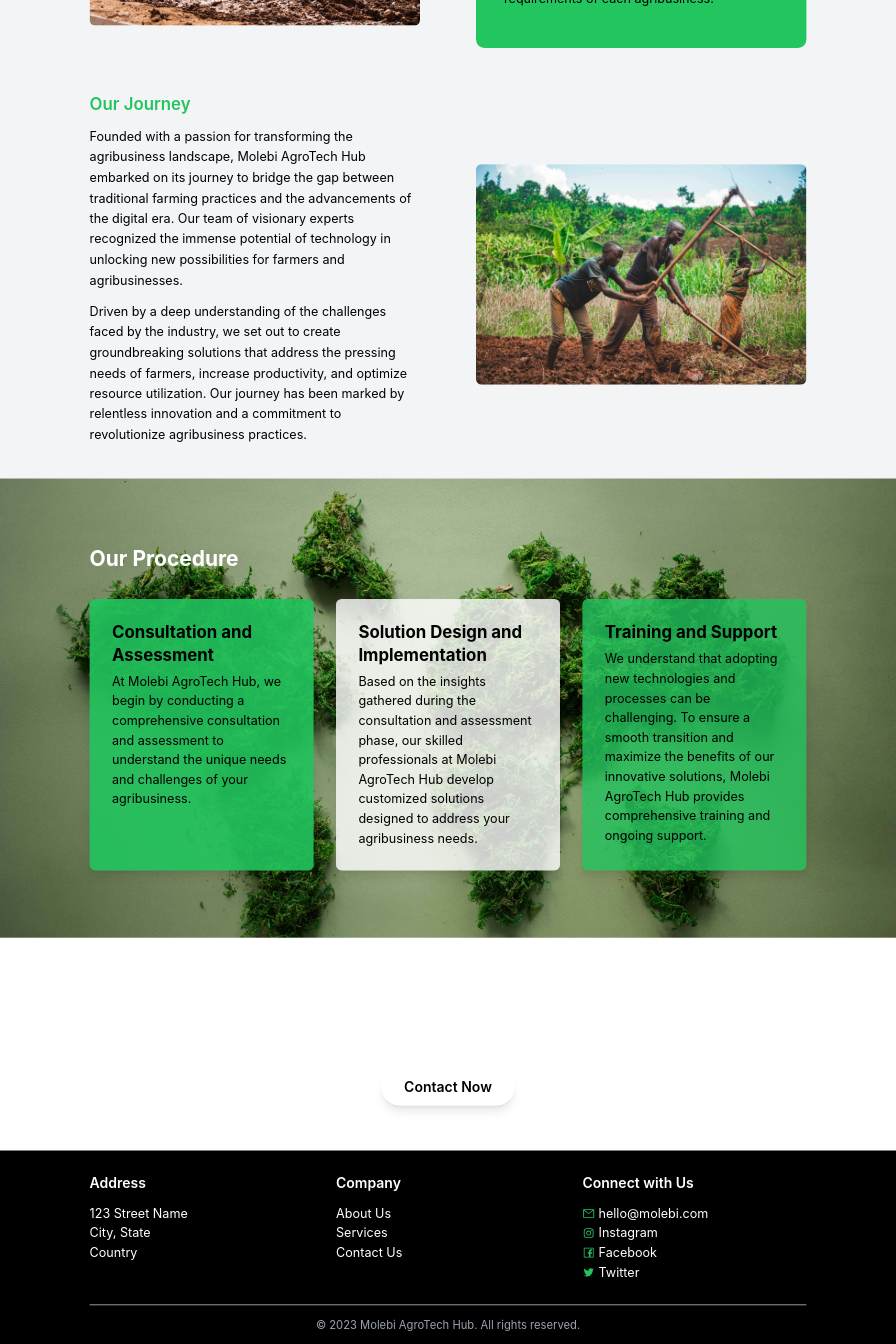
Repository: akinolapo/agric-tech
Page: /about
An editor plug-in stored every save of this project. The page is shown before and after the next save, followed by the edit.
The browser window is 1280 px wide. The pictures show the part of the page from y = 932 to 2852 px (the page is 2852 px tall), at 70% of full size.
The project was rebuilt for these pictures with package versions that can differ from the ones it lists, and the page was loaded fresh each time. Also part of the build but not shown: src/components/Hero.jsx, src/components/ImageText.jsx, src/components/TwoColumnMasonry.jsx, src/components/TwoColumnComponent.jsx, src/App.jsx.

Above is the page before, as saved 2023-05-28 20:41:38.

### public/index.html
<!DOCTYPE html>
<html lang="en">
  <head>
    <meta charset="utf-8" />
    <link rel="icon" href="%PUBLIC_URL%/favicon.ico" />
    <meta name="viewport" content="width=device-width, initial-scale=1" />
    <meta name="theme-color" content="#000000" />
    <meta
      name="description"
      content="Empowering Agribusinesses with Innovative Solutions and Technology"
    />
    <link rel="apple-touch-icon" href="%PUBLIC_URL%/logo192.png" />
    <!--
      manifest.json provides metadata used when your web app is installed on a
      user's mobile device or desktop. See https://developers.google.com/web/fundamentals/web-app-manifest/
    -->
    <link rel="manifest" href="%PUBLIC_URL%/manifest.json" />
    <!--
      Notice the use of %PUBLIC_URL% in the tags above.
      It will be replaced with the URL of the `public` folder during the build.
      Only files inside the `public` folder can be referenced from the HTML.

      Unlike "/favicon.ico" or "favicon.ico", "%PUBLIC_URL%/favicon.ico" will
      work correctly both with client-side routing and a non-root public URL.
      Learn how to configure a non-root public URL by running `npm run build`.
    -->
    <title>Molebi AgroTech Hub</title>
  </head>
  <body>
    <noscript>You need to enable JavaScript to run this app.</noscript>
    <div id="root"></div>
    <!--
      This HTML file is a template.
      If you open it directly in the browser, you will see an empty page.

      You can add webfonts, meta tags, or analytics to this file.
      The build step will place the bundled scripts into the <body> tag.

      To begin the development, run `npm start` or `yarn start`.
      To create a production bundle, use `npm run build` or `yarn build`.
    -->
  </body>
</html>

### src/index.js
import React from 'react';
import ReactDOM from 'react-dom/client';
import { BrowserRouter, Routes, Route } from "react-router-dom";
import './index.css';
import App from './App';
import AboutPage from './components/about-page/AboutPage';

const root = ReactDOM.createRoot(document.getElementById('root'));
root.render(
  <React.StrictMode>
    <BrowserRouter>
            <Routes>
                <Route path="/" element={<App />} />
                <Route path="/about" element={<AboutPage />} />
            </Routes>
            {/* <App /> */}
        </BrowserRouter>
  </React.StrictMode>
);

### src/index.css
@tailwind base;
@tailwind components;
@tailwind utilities;

body {
  margin: 0;
  font-family: -apple-system, BlinkMacSystemFont, 'Segoe UI', 'Roboto', 'Oxygen',
    'Ubuntu', 'Cantarell', 'Fira Sans', 'Droid Sans', 'Helvetica Neue',
    sans-serif;
  -webkit-font-smoothing: antialiased;
  -moz-osx-font-smoothing: grayscale;
}

code {
  font-family: source-code-pro, Menlo, Monaco, Consolas, 'Courier New',
    monospace;
}

.card-icon{
  height: 40px;
  width: 40px;
  color: #22C55E;
}

.underline-title{
  height: 3px;;
  background-color: #22C55E;
}

.green-icon{
  color: #22C55E;
  width: 18px;
  height: 18px;
  margin-right: 5px;
}

.phone-call:hover{
  color: white;
}

### src/components/about-page/AboutPage.jsx
import React from 'react';
import Header from '../Header';
import Footer from '../Footer';
import ImageBackground from './ImageBackground';
import Value from '../Value';
import ImageBackground2 from './ImageBackground2';
import CTA from '../CTA';

const AboutPage = () => {
  return (
    <>
    <Header/>
    <ImageBackground/>
    <div className="bg-gray-100 ">
      <div className="container mx-auto py-8 px-5 sm:px-32">
        <div className="grid items-center grid-cols-1 gap-20 md:grid-cols-2">
          <div className="relative overflow-hidden">
            <img
              src={process.env.PUBLIC_URL+`media/about.jpg`}
              alt="About Us"
              className="rounded-lg mb-4 md:mb-0 md:mr-4"
            />
          </div>
          <div className="flex flex-col justify-center bg-green-500 p-10 rounded-xl">
            <h3 className='text-2xl mb-4 font-semibold'>What We Do</h3>
            <p className="text-lg leading-relaxed mb-4">
            At Molebi AgroTech Hub, we understand the challenges faced by the agricultural sector and the need for efficient, modern solutions. Our team of experts combines their deep industry knowledge with advanced technological expertise to develop customized solutions tailored to the unique requirements of each agribusiness.
            </p>
          </div>
        </div>
      </div>

      <div className="container mx-auto py-8 px-5 sm:px-32">
        <div className="grid items-center grid-cols-1 gap-20 md:grid-cols-2">
        <div className="flex flex-col justify-center">
            <h3 className='text-2xl mb-4 text-green-500 font-semibold'>Our Journey</h3>
            <p className="text-lg leading-relaxed mb-4">
            Founded with a passion for transforming the agribusiness landscape, Molebi AgroTech Hub embarked on its journey to bridge the gap between traditional farming practices and the advancements of the digital era. Our team of visionary experts recognized the immense potential of technology in unlocking new possibilities for farmers and agribusinesses.
            </p>
            <p className="text-lg leading-relaxed mb-4">
            Driven by a deep understanding of the challenges faced by the industry, we set out to create groundbreaking solutions that address the pressing needs of farmers, increase productivity, and optimize resource utilization. Our journey has been marked by relentless innovation and a commitment to revolutionize agribusiness practices.
            </p>
          </div>
          <div className="relative overflow-hidden">
            <img
              src={process.env.PUBLIC_URL+`media/about-1.jpg`}
              alt="About Us"
              className="rounded-lg mb-4 md:mb-0 md:mr-4"
            />
          </div>
        </div>
      </div>

    </div>
    <ImageBackground2/>
    <CTA/>
    <Footer/>
    </>
  );
};

export default AboutPage;

### src/components/Header.jsx
import React, { useEffect, useState } from 'react';
import {Link} from 'react-router-dom'
import {FiPhoneCall} from 'react-icons/fi'


const Header = () => {
  const [isMenuOpen, setIsMenuOpen] = useState(false);

  const toggleMenu = () => {
    setIsMenuOpen(!isMenuOpen);
  };

  const closeMenu = () => {
    setIsMenuOpen(false);
  };

  const [isFixed, setIsFixed] = useState(false);

  useEffect(() => {
    const handleScroll = () => {
      if (window.scrollY > 0) {
        setIsFixed(true);
      } else {
        setIsFixed(false);
      }
    };

    window.addEventListener('scroll', handleScroll);
    return () => window.removeEventListener('scroll', handleScroll);
  }, []);

  return (
    <header className={`bg-white border-b-2 ${isFixed ? 'fixed top-0 z-10 w-full' : ''}`}>
      <div className="container mx-auto flex justify-between items-center py-4 px-5 sm:px-32">
        <div className="flex items-center">
          <img
            src={process.env.PUBLIC_URL+`media/logo.png`}
            alt="Logo"
            className="h-10 w-auto"
          />
        </div>
        <div className="hidden md:flex space-x-8">
          <Link to='/' className="text-gray-800 hover:text-gray-600 text-lg font-semibold">Home</Link>
          <Link to='/about' className="text-gray-800 hover:text-gray-600 text-lg font-semibold">About</Link>
          {/* <Link to='' className="text-gray-800 hover:text-gray-600 text-lg font-semibold">Services</Link> */}
          {/* <Link to='' className="text-gray-800 hover:text-gray-600 text-lg font-semibold">Contact</Link> */}
        </div>
        <div className="md:hidden">
          <button
            type="button"
            className="flex items-center p-2 rounded-md text-gray-800 hover:text-gray-600 focus:outline-none"
            onClick={toggleMenu}
          >
            <svg
              xmlns="http://www.w3.org/2000/svg"
              className="h-6 w-6"
              fill="none"
              viewBox="0 0 24 24"
              stroke="currentColor"
            >
              <path
                strokeLinecap="round"
                strokeLinejoin="round"
                strokeWidth="2"
                d="M4 6h16M4 12h16M4 18h16"
              />
            </svg>
          </button>

        </div>
        <div className="hidden md:block">
          <button
            type="button"
            className="bg-white border-green-500 border-2 text-green-500 rounded-lg py-2 px-4 flex items-center transition ease-in-out delay-150 hover:bg-green-500 duration-300 hover:text-white"
          >
            <FiPhoneCall className='mr-2 w-4'/> Call Us
          </button>
        </div>
      </div>
      <div>
          {isMenuOpen && (
            <div className="mt-2 w-full">
              <ul className="bg-white border rounded-md divide-y divide-gray-200 shadow-md">
                <li className="py-2 px-4">
                  <a href="#" className="text-gray-800 hover:text-gray-600 text-lg font-semibold">Home</a>
                </li>
                <li className="py-2 px-4">
                  <a href="#" className="text-gray-800 hover:text-gray-600 text-lg font-semibold">About</a>
                </li>
                <li className="py-2 px-4">
                  <a href="#" className="text-gray-800 hover:text-gray-600 text-lg font-semibold">Services</a>
                </li>
                <li className="py-2 px-4">
                  <a href="#" className="text-gray-800 hover:text-gray-600 text-lg font-semibold">Contact</a>
                </li>
                <li className="py-2 px-4">
                  <button
                    type="button"
                    className="bg-green-500 text-white rounded-lg py-2 px-4 w-full"
                  >
                    Food
                  </button>
                </li>
              </ul>
              <div className="absolute top-0 right-0 p-2">
              </div>
            </div>
          )}
          </div>
    </header>
  );
};

export default Header;

### src/components/Value.jsx
import React from 'react'
import {FaRegHandshake} from 'react-icons/fa'
import {AiOutlineDatabase} from 'react-icons/ai'
import {MdOutlineCurrencyExchange, MdOutlineAgriculture} from 'react-icons/md'
import {GiFoodTruck, GiGiftOfKnowledge} from 'react-icons/gi'

const data= [
    {
        id: 1,
        icon: <FaRegHandshake className='card-icon'/>,
        title: 'Collaborative Partnerships',
        description: 'We believe in the power of collaboration. We forge strong partnerships with agribusinesses, farmers, industry stakeholders, and technology providers to create a network that fosters knowledge sharing, innovation, and mutual growth.',
        // link: '/'
    },
    {
        id: 2,
        icon: <AiOutlineDatabase className='card-icon'/>,
        title: 'Storage and Warehousing',
        description: 'Molebi AgroTech Hub provides advanced storage and warehousing facilities to ensure the proper handling and preservation of agricultural commodities. We offer storage solutions with inventory management systems, and quality control measures, reducing post-harvest losses.',
        // link: '/'
    },
    {
        id: 3,
        icon: <MdOutlineCurrencyExchange className='card-icon'/>,
        title: 'Commodity Trading',
        description: 'Molebi AgroTech Hub provides a comprehensive value chain solution that includes commodity trading and marketing services. We help agribusinesses connect with buyers and sellers, ensuring efficient and profitable transactions.',
        // link: '/'
    },
    {
        id: 4,
        icon: <MdOutlineAgriculture className='card-icon'/>,
        title: 'Cutting-edge Technology',
        description: 'We provide innovative and advanced technological solutions that empower agribusinesses to stay ahead in the industry. Our tools and systems are designed to optimize productivity and maximize growth.',
        // link: '/'
    },
    {
        id: 5,
        icon: <GiFoodTruck className='card-icon'/>,
        title: 'Transportation and Logistics',
        description: 'Molebi AgroTech Hub facilitates efficient transportation and logistics services, ensuring timely delivery of agricultural products to markets, reducing wastage, and enhancing profitability for agribusinesses.',
        // link: '/'
    },
    {
        id: 6,
        icon: <GiGiftOfKnowledge className='card-icon'/>,
        title: 'Knowledge Sharing and Training',
        description: 'Empowering farmers and agribusinesses with valuable knowledge, training, and resources to optimize their productivity and stay updated with industry trends.',
        // link: '/'
    }

]

const Value = () => {
  return (
    < div className='py-10 px-5 sm:px-32'>
    <div className='text-center'>
        <h2 className='text-2xl text-green-500 font-bold mb-4'>Our Value Chain</h2>
        <p className="text-lg">Our approach is inspired by our determination to improve the agricultural landscape in Africa.</p>
    </div>
    <div className='mt-10 block md:grid md:gap-20 md: grid-cols-2 lg:grid-cols-3'>
        {
            data.map(({id, icon, title, description})=>{
                return(
                    <div key={id} className='border-solid border-2 border-green-500 p-6 rounded-2xl mb-4 md:mb-0'>
            {icon}
            <h3 className='text-xl '>{title}</h3>
            <hr className='underline-title w-10 my-2'></hr>
            <p className="text-lg">{description}</p>
        </div>
                )
            })
        }

    </div>
    </div>
  )
}

export default Value

### src/components/Footer.jsx
import React from 'react';
import {AiOutlineInstagram, AiOutlineFacebook, AiOutlineTwitter, AiOutlineMail} from 'react-icons/ai'

const Footer = () => {
  return (
    <footer className="bg-black text-white px-5 sm:px-32">
      <div className="container mx-auto py-8">
        <div className="grid grid-cols-1 md:grid-cols-3 gap-8">
          <div>
            <h3 className="text-xl font-semibold mb-4">Address</h3>
            <p className='text-lg'>123 Street Name</p>
            <p className='text-lg'>City, State</p>
            <p className='text-lg'>Country</p>
          </div>
          <div>
            <h3 className="text-xl font-semibold mb-4">Company</h3>
            <p className='text-lg'>About Us</p>
            <p className='text-lg'>Services</p>
            <p className='text-lg'>Contact Us</p>
          </div>
          <div>
            <h3 className="text-xl font-semibold mb-4">Connect with Us</h3>
            <p className='flex items-center text-lg'><AiOutlineMail className='green-icon'/><span>hello@molebi.com</span></p>
            <p className='flex items-center text-lg'><AiOutlineInstagram className='green-icon'/><span>Instagram</span></p>
            <p className='flex items-center text-lg'><AiOutlineFacebook className='green-icon'/><span>Facebook</span></p>
            <p className='flex items-center text-lg'><AiOutlineTwitter className='green-icon'/><span>Twitter</span></p>
          </div>
        </div>
      </div>
      <div className="border-t border-gray-300 py-4 text-center">
        <p className="text-gray-400">© {new Date().getFullYear()} Molebi AgroTech Hub. All rights reserved.</p>
      </div>
    </footer>
  );
};

export default Footer;

### src/components/about-page/ImageBackground.jsx
import React from 'react';
import bgImage from './background.jpg';

const ImageBackground = () => {
  return (
    <div className="relative bg-cover bg-no-repeat bg-center" style={{ backgroundImage: `url(${bgImage})` }}>
      <div className="relative px-5 sm:px-32 py-8 md:py-16 lg:py-24">
        <div className="container mx-auto">
        <h1 className='text-black text-3xl font-bold mb-10'>About Us</h1>
          <div className="grid grid-cols-1 md:grid-cols-3 gap-8">
            <div className="bg-green-500 bg-opacity-90 p-6 md:p-8 rounded-lg shadow-lg">
              <h3 className="text-xl md:text-2xl font-bold mb-2">Who We Are</h3>
              <p className='text-lg'>Molebi AgroTech Hub is a leading provider of innovative solutions for agribusinesses.</p>
            </div>

            <div className="bg-white bg-opacity-80 p-6 md:p-8 rounded-lg shadow-lg">
              <h3 className="text-xl md:text-2xl font-bold mb-2">Our Vision</h3>
              <p className='text-lg'>To inspire the production and distribution of sustainable food for Africa.</p>
            </div>

            <div className="bg-white bg-opacity-80 p-6 md:p-8 rounded-lg shadow-lg">
              <h3 className="text-xl md:text-2xl font-bold mb-2">Our Mission</h3>
              <p className='text-lg'>Our mission is to empower farmers and agricultural companies with cutting-edge technology for enhanced productivity and growth.</p>
            </div>
          </div>
        </div>
      </div>
    </div>
  );
};

export default ImageBackground;

### src/components/about-page/ImageBackground2.jsx
import React from 'react';
import bgImage from './background-1.jpg';

const ImageBackground2 = () => {
  return (
    <div className="relative bg-cover bg-no-repeat bg-center" style={{ backgroundImage: `url(${bgImage})` }}>
      <div className="relative px-5 sm:px-32 py-8 md:py-16 lg:py-24">
        <div className="container mx-auto">
        <h1 className='text-white text-3xl font-bold mb-10'>Our Procedure</h1>
          <div className="grid grid-cols-1 md:grid-cols-3 gap-8">
            <div className="bg-green-500 bg-opacity-90 p-6 md:p-8 rounded-lg shadow-lg">
              <h3 className="text-xl md:text-2xl font-bold mb-2">Consultation and Assessment</h3>
              <p className='text-lg'>At Molebi AgroTech Hub, we begin by conducting a comprehensive consultation and assessment to understand the unique needs and challenges of your agribusiness. </p>
            </div>

            <div className="bg-white bg-opacity-80 p-6 md:p-8 rounded-lg shadow-lg">
              <h3 className="text-xl md:text-2xl font-bold mb-2">Solution Design and Implementation</h3>
              <p className='text-lg'>Based on the insights gathered during the consultation and assessment phase, our skilled professionals at Molebi AgroTech Hub develop customized solutions designed to address your agribusiness needs.</p>
            </div>

            <div className="bg-green-500 bg-opacity-80 p-6 md:p-8 rounded-lg shadow-lg">
              <h3 className="text-xl md:text-2xl font-bold mb-2">Training and Support</h3>
              <p className='text-lg'>We understand that adopting new technologies and processes can be challenging. To ensure a smooth transition and maximize the benefits of our innovative solutions, Molebi AgroTech Hub provides comprehensive training and ongoing support.</p>
            </div>
          </div>
        </div>
      </div>
    </div>
  );
};

export default ImageBackground2;

### src/components/CTA.jsx
import React from 'react';

const CTA = () => {
  return (
    <div className="text-white bg-g text-center py-8 px-4 sm:py-16 sm:px-8">
      <h1 className="text-4xl sm:text-5xl font-bold mb-4">Contact Us Today</h1>
      <p className="text-lg sm:text-xl mb-8">
        Our team is ready to assist you. Reach out to us for any inquiries or support you may need.
      </p>
      <button className="bg-white text-black py-3 px-8 rounded-full shadow-lg font-semibold text-lg sm:text-xl hover:bg-gray-200 focus:outline-none focus:ring-2 focus:ring-offset-2 focus:ring-gray-400">
        Contact Now
      </button>
    </div>
  );
};

export default CTA;

Loaded but not shown: tailwind.config.js (common file)

After the next save:
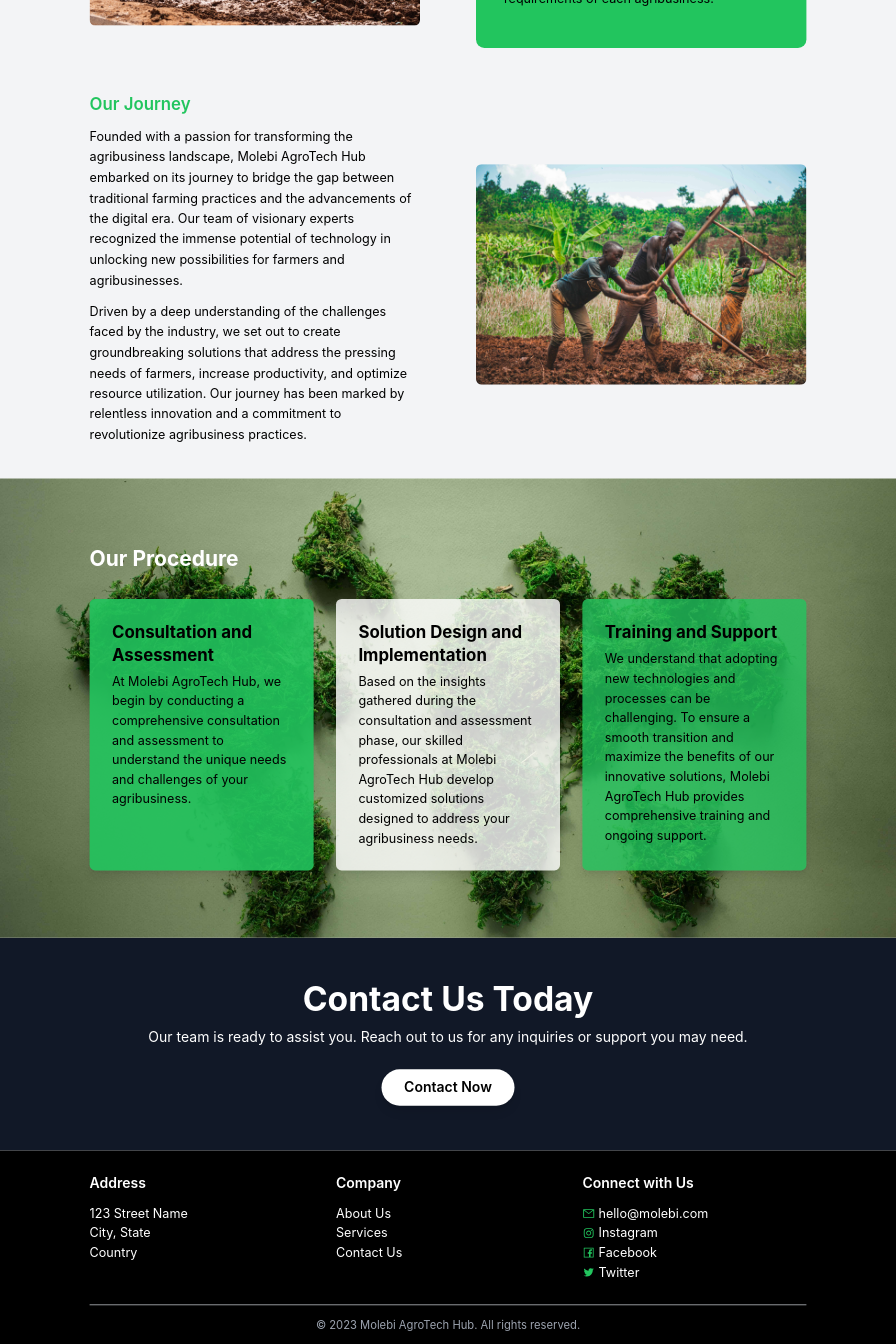
Saved 5 s later.
--- a/src/components/CTA.jsx
+++ b/src/components/CTA.jsx
@@ -2,7 +2,7 @@ import React from 'react';
 
 const CTA = () => {
   return (
-    <div className="text-white bg-g text-center py-8 px-4 sm:py-16 sm:px-8">
+    <div className="text-white bg-gray-900 text-center py-8 px-4 sm:py-16 sm:px-8">
       <h1 className="text-4xl sm:text-5xl font-bold mb-4">Contact Us Today</h1>
       <p className="text-lg sm:text-xl mb-8">
         Our team is ready to assist you. Reach out to us for any inquiries or support you may need.
